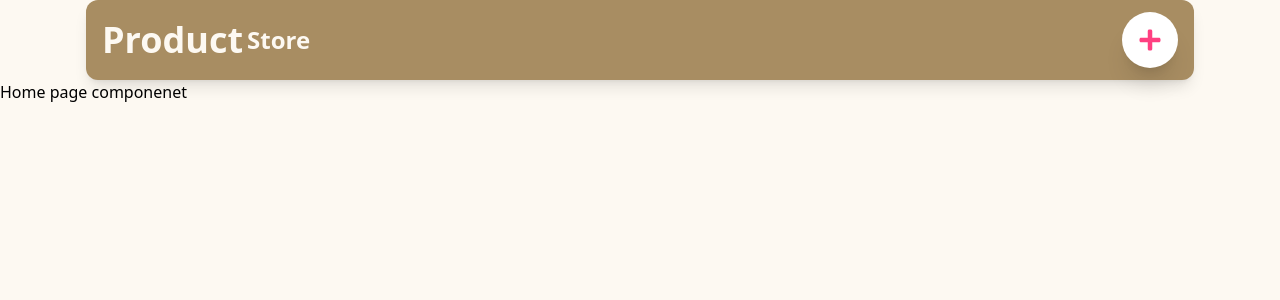
Repository: xarrkhan001/Mern-stack-Project
Page: / (app in frontend/)
The author's editor kept a copy of each file at every save. The page is drawn from the files as they stood at one save, then again after the next save.
The browser window is 1280 px wide. The pictures show the whole page.
The project was rebuilt for these pictures with package versions that can differ from the ones it lists, and the page was loaded fresh each time. Also part of the build but not shown: frontend/vite.config.js, frontend/src/pages/CreatePage.jsx.

Above is the page before, as saved 2025-03-05 16:11:22.

### frontend/src/main.jsx
import React from "react";
import { BrowserRouter } from "react-router-dom";
import ReactDOM from "react-dom";
import "./index.css";
import App from "./App";

ReactDOM.render(
  <React.StrictMode>
    <BrowserRouter>
      <App />
    </BrowserRouter>
  </React.StrictMode>,
  document.getElementById("root")
);

### frontend/src/App.jsx
import React from "react";
import { Routes, Route } from "react-router-dom";
import HomePage from "./pages/HomePage";
import CreatePage from "./pages/CreatePage";
import Navbar from "./components/Navbar";

const App = () => {
  return (
    <>
      <div className="min-h-[100vh] bg-[#fdf9f2]">
        {" "}
        {/* Lighter background color */}
        <Navbar />
        <Routes>
          <Route path="/" element={<HomePage />} />
          <Route path="/create" element={<CreatePage />} />
        </Routes>
      </div>
    </>
  );
};

export default App;

### frontend/src/pages/HomePage.jsx
import React from "react";

const HomePage = () => {
  return (
    <>
      <div>Home page componenet</div>
    </>
  );
};

export default HomePage;

### frontend/src/components/Navbar.jsx
import React from "react";
import { Link } from "react-router-dom";
import { FaPlus } from "react-icons/fa";

const Navbar = () => {
  return (
    <>
      <div className="max-w-[1140px] px-4 mx-auto">
        {/* Navbar container */}
        <div className="flex items-center justify-between h-20 bg-[#a88d62] p-4 rounded-xl shadow-lg">
          {/* Left side - ProductStore logo */}
          <Link to="/" className="flex items-center">
            {/* "Product" part of the logo - larger and bolder */}
            <span className="text-4xl font-extrabold text-[#fdf9f2]">
              Product
            </span>
            {/* "Store" part of the logo - slightly smaller */}
            <span className="text-2xl text-[#fdf9f2] font-semibold ml-1">
              Store
            </span>
          </Link>

          {/* Right side - Plus Icon */}
          <div className="relative">
            <Link to="/create">
              <button className="w-14 h-14 bg-white text-[#FF4081] rounded-full flex items-center justify-center transform hover:scale-125 transition-all duration-300 shadow-xl hover:shadow-2xl focus:outline-none">
                <FaPlus size={24} />
              </button>
            </Link>
          </div>
        </div>
      </div>
    </>
  );
};

export default Navbar;

### frontend/tailwind.config.js
/** @type {import('tailwindcss').Config} */
export default {
  content: ["./index.html", "./src/**/*.{js,ts,jsx,tsx}"],
  theme: {
    extend: {},
  },
  darkMode: "class", // Enable dark mode via the 'dark' class
  plugins: [],
};

Loaded but not shown: frontend/index.html (common file); frontend/src/index.css (common file)

After the next save:
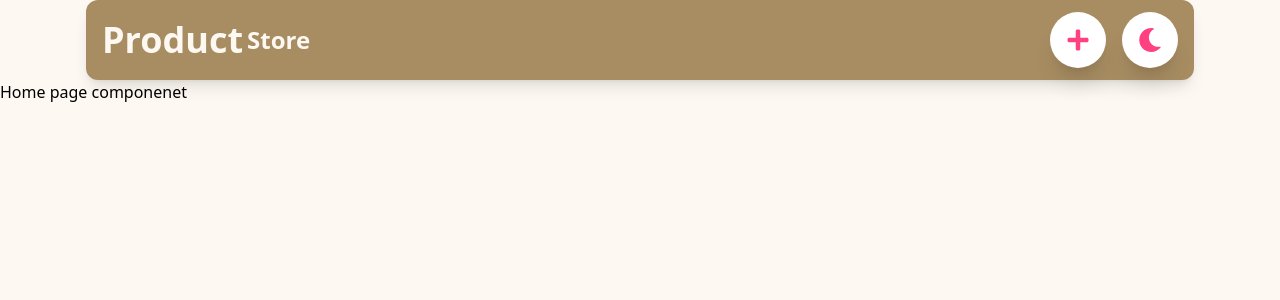
Saved 12 s later.
--- a/frontend/src/components/Navbar.jsx
+++ b/frontend/src/components/Navbar.jsx
@@ -1,8 +1,38 @@
-import React from "react";
+import React, { useState, useEffect } from "react";
 import { Link } from "react-router-dom";
 import { FaPlus } from "react-icons/fa";
+import { FaSun, FaMoon } from "react-icons/fa";
 
 const Navbar = () => {
+  // State for managing the dark mode
+  const [isDarkMode, setIsDarkMode] = useState(false);
+
+  // Check for saved theme preference in local storage (if any)
+  useEffect(() => {
+    const savedTheme = localStorage.getItem("theme");
+    if (savedTheme) {
+      setIsDarkMode(savedTheme === "dark");
+    }
+  }, []);
+
+  // Toggle dark mode and save preference in localStorage
+  const toggleDarkMode = () => {
+    setIsDarkMode((prevMode) => {
+      const newMode = !prevMode;
+      localStorage.setItem("theme", newMode ? "dark" : "light");
+      return newMode;
+    });
+  };
+
+  // Apply dark or light theme based on the state
+  useEffect(() => {
+    if (isDarkMode) {
+      document.documentElement.classList.add("dark");
+    } else {
+      document.documentElement.classList.remove("dark");
+    }
+  }, [isDarkMode]);
+
   return (
     <>
       <div className="max-w-[1140px] px-4 mx-auto">
@@ -20,13 +50,26 @@
             </span>
           </Link>
 
-          {/* Right side - Plus Icon */}
-          <div className="relative">
+          {/* Right side - Plus Icon and Theme Toggle Icon */}
+          <div className="relative flex items-center space-x-4">
+            {/* Plus Icon */}
             <Link to="/create">
               <button className="w-14 h-14 bg-white text-[#FF4081] rounded-full flex items-center justify-center transform hover:scale-125 transition-all duration-300 shadow-xl hover:shadow-2xl focus:outline-none">
                 <FaPlus size={24} />
               </button>
             </Link>
+
+            {/* Dark/Light Mode Toggle Icon */}
+            <button
+              onClick={toggleDarkMode}
+              className="w-14 h-14 bg-white text-[#FF4081] rounded-full flex items-center justify-center transform hover:scale-125 transition-all duration-300 shadow-xl hover:shadow-2xl focus:outline-none"
+            >
+              {isDarkMode ? (
+                <FaSun size={24} /> // Sun icon for dark mode
+              ) : (
+                <FaMoon size={24} /> // Moon icon for light mode
+              )}
+            </button>
           </div>
         </div>
       </div>
